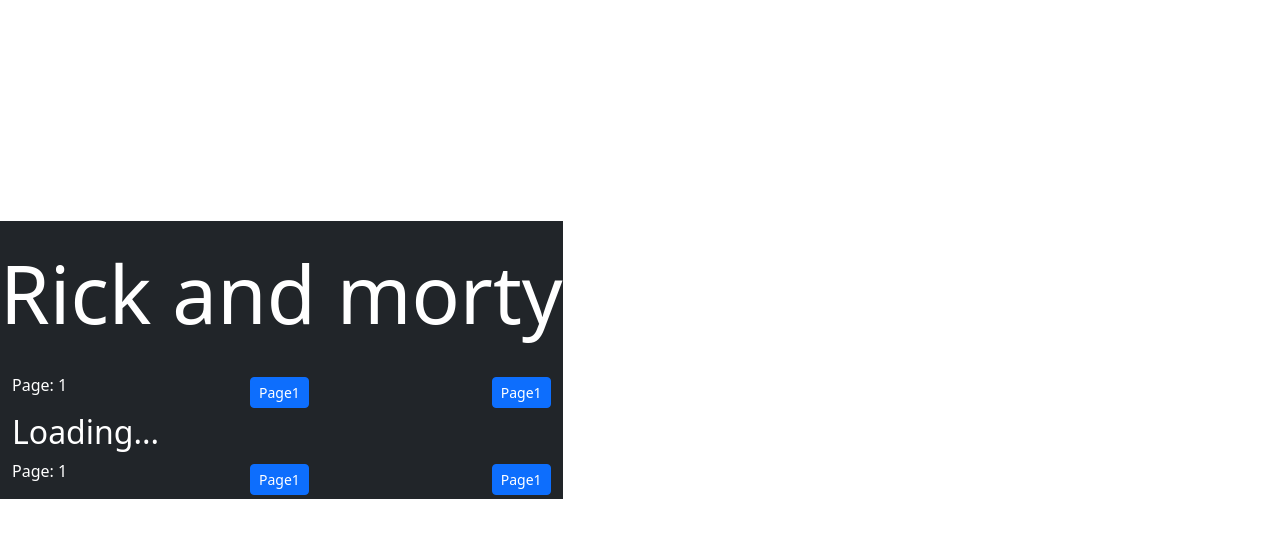
Repository: Ellisvelandia/react-rick-and-morty
Page: /
An editor plug-in stored every save of this project. The page is shown before and after the next save, followed by the edit.
The browser window is 1280 px wide. The pictures show the whole page.
The page's requests for data from a server got no answer. The project was rebuilt for these pictures with package versions that can differ from the ones it lists, and the page was loaded fresh each time. No one was signed in, and anything a server would have sent is missing. Also part of the build but not shown: vite.config.js, src/components/Character.jsx.

Above is the page before, as saved 2022-09-08 17:29:59.

### index.html
<!DOCTYPE html>
<html lang="en">
  <head>
    <meta charset="UTF-8" />
    <link rel="icon" type="image/svg+xml" href="/vite.svg" />
    <meta name="viewport" content="width=device-width, initial-scale=1.0" />
    <link href="https://cdn.jsdelivr.net/npm/bootstrap@5.2.1/dist/css/bootstrap.min.css" rel="stylesheet" integrity="sha384-iYQeCzEYFbKjA/T2uDLTpkwGzCiq6soy8tYaI1GyVh/UjpbCx/TYkiZhlZB6+fzT" crossorigin="anonymous">
    <title>Rick and Morty</title>
  </head>
  <body>
    <div id="root"></div>
    <script type="module" src="/src/main.jsx"></script>
    <script src="https://cdn.jsdelivr.net/npm/bootstrap@5.2.1/dist/js/bootstrap.bundle.min.js" integrity="sha384-u1OknCvxWvY5kfmNBILK2hRnQC3Pr17a+RTT6rIHI7NnikvbZlHgTPOOmMi466C8" crossorigin="anonymous"></script>
  </body>
</html>

### src/App.jsx
import CharacterList from "./components/CharacterList";

function App() {
  return (
    <div className="bg-dark text-white">
      <h1 className="text-center display-1 py-4">Rick and morty</h1>
      <CharacterList />
    </div>
  );
}

export default App;

### src/components/CharacterList.jsx
import React, { useEffect, useState } from "react";
import Character from "./Character";

function NavPage(props) {
  return (
    <header className="d-flex justify-content-between align-items-center">
      <p>Page: {props.page}</p>
      <button
        className="btn btn-primary btn-sm"
        onClick={() => props.setPage(props.page + 1)}
      >
        Page{props.page}
      </button>
      <button
        className="btn btn-primary btn-sm"
        onClick={() => props.setPage(props.page - 1)}
      >
        Page{props.page}
      </button>
    </header>
  );
}

function CharacterList() {
  const [characters, setCharacters] = useState([]);
  const [loading, setLoading] = useState(true);
  const [page, setPage] = useState(1);

  useEffect(() => {
    async function fectData() {
      const response = await fetch(
        `https://rickandmortyapi.com/api/character?page=${page}`
      );
      const data = await response.json();
      setLoading(false);
      setCharacters(data.results);
    }
    fectData();
  }, [page]);

  return (
    <div className="container">
      <NavPage page={page} setPage={setPage} />

      {loading ? (
        <h2>Loading...</h2>
      ) : (
        <div className="row">
          {characters.map((character) => {
            return (
              <div className="col-md-4" key={character.id}>
                <Character character={character} />
              </div>
            );
          })}
        </div>
      )}

      <NavPage page={page} setPage={setPage} />
    </div>
  );
}

export default CharacterList;

Loaded but not shown: src/main.jsx (common file); src/index.css (common file)

After the next save:
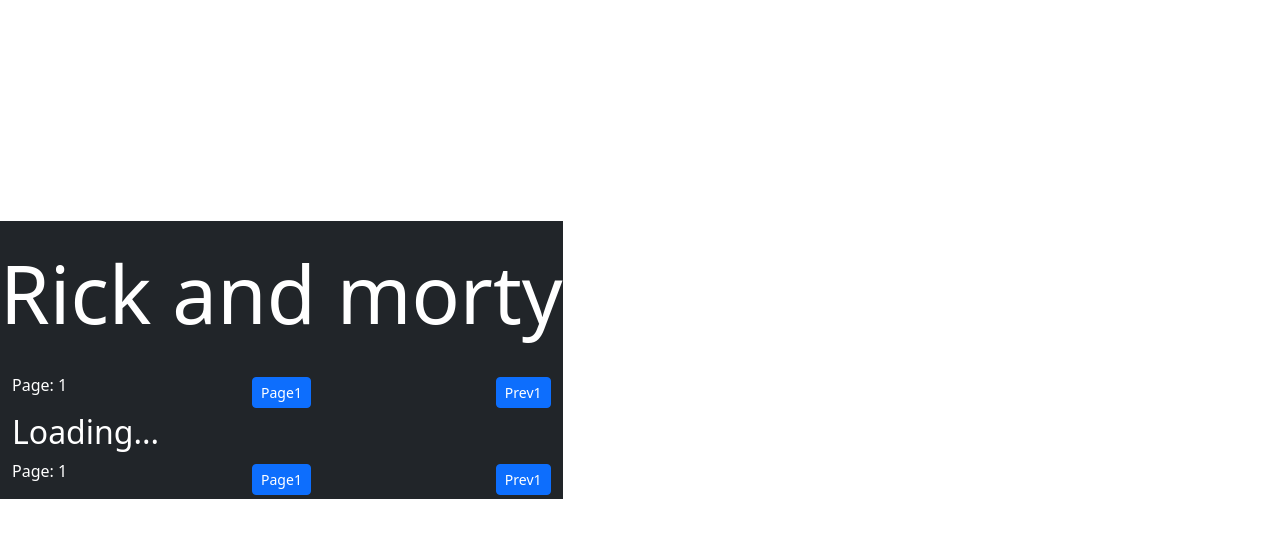
Saved 11 s later.
--- a/src/components/CharacterList.jsx
+++ b/src/components/CharacterList.jsx
@@ -15,7 +15,7 @@
         className="btn btn-primary btn-sm"
         onClick={() => props.setPage(props.page - 1)}
       >
-        Page{props.page}
+        Prev{props.page}
       </button>
     </header>
   );
